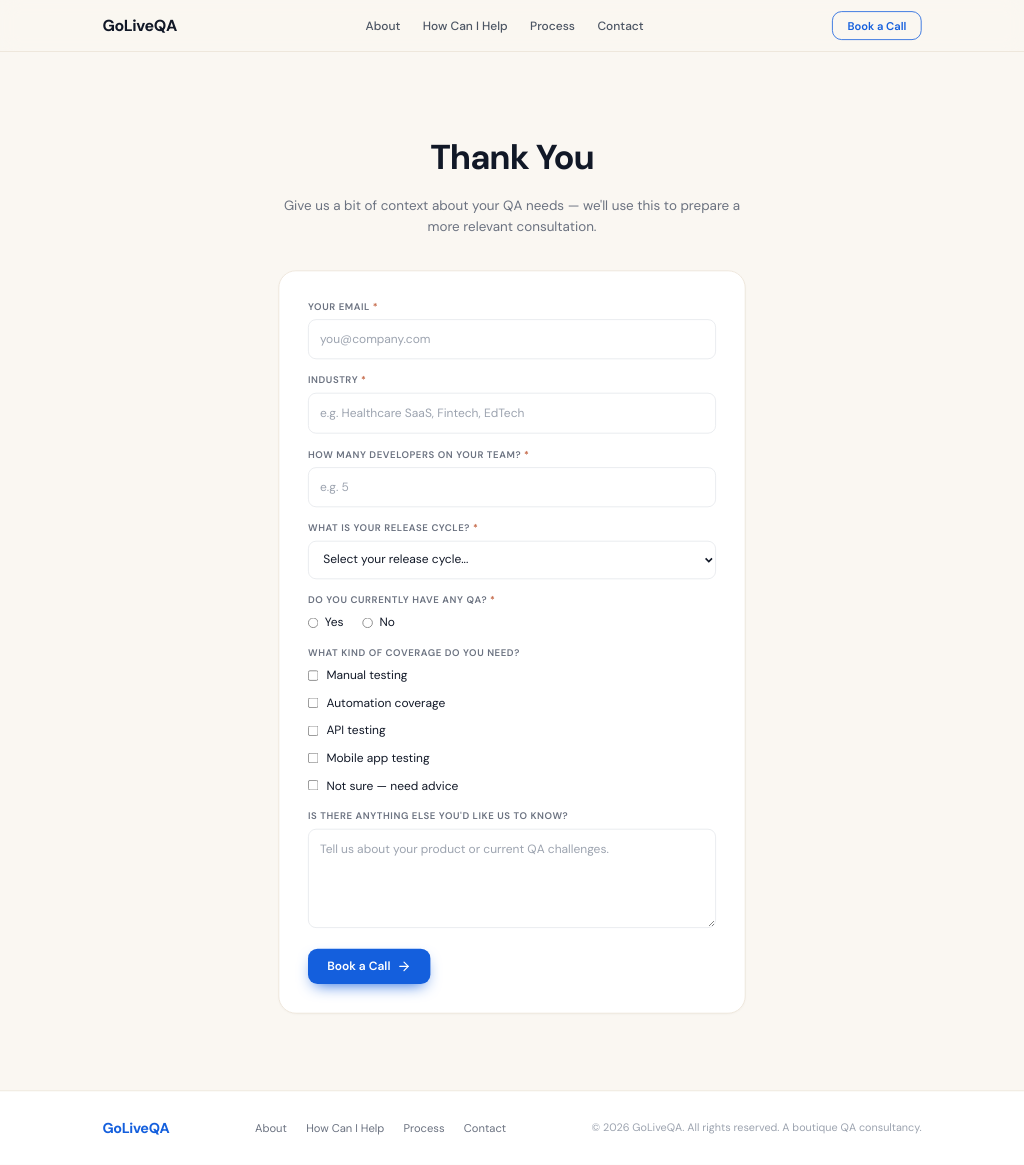
Repository: Monika281992/GoLiveQA
Page: /book-a-call
An editor plug-in stored every save of this project. The page is shown before and after the next save, followed by the edit.
The browser window is 1280 px wide. The pictures show the whole page, at 80% of full size.
The project was rebuilt for these pictures with package versions that can differ from the ones it lists, and the page was loaded fresh each time. The framework's server and built-in components were replaced by stand-ins that run in the browser. Also part of the build but not shown: next.config.mjs.

Above is the page before, as saved 2026-06-27 11:31:54.

### app/layout.tsx
import type { Metadata } from "next";
import { DM_Sans, Kaushan_Script } from "next/font/google";
import "./globals.css";

const dmSans = DM_Sans({
  subsets: ["latin"],
  weight: ["300", "400", "500", "600", "700"],
  variable: "--font-sans",
  display: "swap",
});

const kaushan = Kaushan_Script({
  subsets: ["latin"],
  weight: "400",
  variable: "--font-script",
  display: "swap",
});

export const metadata: Metadata = {
  title: "GoLiveQA",
  description:
    "Senior QA engineer with 9 years of hands-on experience testing Healthcare, SaaS, AI & Real Estate products at startups across India and US. Playwright, Cypress, Postman. Available remotely.",
};

export default function RootLayout({
  children,
}: {
  children: React.ReactNode;
}) {
  return (
    <html lang="en" className={`${dmSans.variable} ${kaushan.variable}`}>
      <body className="font-sans leading-relaxed">{children}</body>
    </html>
  );
}

### app/book-a-call/page.tsx
import { BookCall } from "@/components/BookCall";
import { Navbar } from "@/components/navbar";
import { Footer } from "@/components/footer";

export const metadata = {
  title: "Book a Call — GoLiveQA",
  description: "Tell us about your QA needs and we'll be in touch within 24 hours.",
};

export default function BookACallPage() {
  return (
    <div className="min-h-screen bg-surface">
      <Navbar />
      <main className="mx-auto max-w-[680px] px-5 py-16 sm:px-8 md:py-24 lg:px-12">
        <div className="mb-10 text-center">
          <h1 className="text-[clamp(2rem,4.4vw,2.7rem)] font-bold tracking-[-0.03em] text-ink">
            Thank You
          </h1>
          <p className="mt-3 text-[1.05rem] leading-relaxed text-muted">
            Give us a bit of context about your QA needs — we'll use this to prepare a more relevant consultation.
          </p>
        </div>
        <BookCall />
      </main>
      <Footer />
    </div>
  );
}

### app/globals.css
@tailwind base;
@tailwind components;
@tailwind utilities;

html {
  scroll-behavior: smooth;
}

body {
  background-color: #faf7f2;
  color: #4b5563;
  -webkit-font-smoothing: antialiased;
}

### components/BookCall.jsx
"use client";

import { useState, useEffect } from "react";
import { useSearchParams } from "next/navigation";
import { ArrowRight } from "lucide-react";
import { Button } from "@/components/ui/button";

const labelClass =
  "mb-2 block text-xs font-semibold uppercase tracking-[0.06em] text-muted";
const fieldClass =
  "w-full rounded-[10px] border border-gray-200 bg-white px-3.5 py-3 text-[15px] text-ink transition-all outline-none focus:border-brand focus:ring-[3px] focus:ring-brand/15";

const coverageOptions = [
  "Manual testing",
  "Automation coverage",
  "API testing",
  "Mobile app testing",
  "Not sure — need advice",
];

const releaseCycles = [
  "Select your release cycle...",
  "Multiple times a day",
  "Once a day",
  "2-3 times a week",
  "Once a week",
  "Every 2 weeks (bi-weekly)",
  "Once a month",
  "Ad hoc / no fixed schedule",
  "Not sure yet",
];

export function BookCall() {
  const searchParams = useSearchParams();
  const [formData, setFormData] = useState({
    email: "",
    industry: "",
    developers: "",
    releaseCycle: "",
    hasQA: "",
    qaEngineers: "",
    coverage: [],
    notes: "",
  });

  useEffect(() => {
    const emailFromUrl = searchParams.get("email");
    if (emailFromUrl) {
      setFormData((prev) => ({ ...prev, email: emailFromUrl }));
    }
  }, [searchParams]);
  const [isSubmitting, setIsSubmitting] = useState(false);
  const [isSuccess, setIsSuccess] = useState(false);
  const [error, setError] = useState("");

  function handleChange(e) {
    setFormData({ ...formData, [e.target.name]: e.target.value });
  }

  function handleCoverage(option) {
    setFormData((prev) => ({
      ...prev,
      coverage: prev.coverage.includes(option)
        ? prev.coverage.filter((o) => o !== option)
        : [...prev.coverage, option],
    }));
  }

  async function handleSubmit(e) {
    e.preventDefault();
    setIsSubmitting(true);
    setError("");
    try {
      const res = await fetch("/api/book-call", {
        method: "POST",
        headers: { "Content-Type": "application/json" },
        body: JSON.stringify(formData),
      });
      if (!res.ok) throw new Error();
      setIsSuccess(true);
    } catch {
      setError("Failed to submit. Please try again.");
    } finally {
      setIsSubmitting(false);
    }
  }

  if (isSuccess) {
    return (
      <div className="flex flex-col items-center justify-center gap-6 rounded-[22px] border border-hairline bg-white p-9 shadow-card text-center">
        <div className="flex h-20 w-20 items-center justify-center rounded-full bg-green-100">
          <ArrowRight className="h-9 w-9 text-green-600" />
        </div>
        <div>
          <h3 className="mb-2 text-2xl font-bold text-ink">We'll be in touch soon!</h3>
          <p className="text-base text-muted">
            Thanks for filling out the form. We'll review your details and reach out within 24 hours.
          </p>
        </div>
        <Button variant="outline" onClick={() => setIsSuccess(false)}>
          Submit Another
        </Button>
      </div>
    );
  }

  return (
    <form
      onSubmit={handleSubmit}
      className="flex flex-col gap-[18px] rounded-[22px] border border-hairline bg-white p-6 shadow-card sm:p-9"
    >
      {error && (
        <div className="rounded-lg border border-red-200 bg-red-50 px-4 py-3 text-sm text-red-800">
          {error}
        </div>
      )}

      {/* Email */}
      <div>
        <label className={labelClass}>
          Your Email <span className="text-accent">*</span>
        </label>
        <input
          type="email"
          name="email"
          value={formData.email}
          onChange={handleChange}
          placeholder="you@company.com"
          className={fieldClass}
          required
        />
      </div>

      {/* 1. Industry */}
      <div>
        <label className={labelClass}>
          Industry <span className="text-accent">*</span>
        </label>
        <input
          type="text"
          name="industry"
          value={formData.industry}
          onChange={handleChange}
          placeholder="e.g. Healthcare SaaS, Fintech, EdTech"
          className={fieldClass}
          required
        />
      </div>

      {/* 2. Developers */}
      <div>
        <label className={labelClass}>
          How many developers on your team? <span className="text-accent">*</span>
        </label>
        <input
          type="number"
          name="developers"
          value={formData.developers}
          onChange={handleChange}
          placeholder="e.g. 5"
          min={1}
          className={fieldClass}
          required
        />
      </div>

      {/* 3. Release cycle */}
      <div>
        <label className={labelClass}>
          What is your release cycle? <span className="text-accent">*</span>
        </label>
        <select
          name="releaseCycle"
          value={formData.releaseCycle}
          onChange={handleChange}
          className={fieldClass}
          required
        >
          {releaseCycles.map((c) => (
            <option key={c} value={c === releaseCycles[0] ? "" : c} disabled={c === releaseCycles[0]}>
              {c}
            </option>
          ))}
        </select>
      </div>

      {/* 4. Has QA */}
      <div>
        <label className={labelClass}>
          Do you currently have any QA? <span className="text-accent">*</span>
        </label>
        <div className="flex gap-6">
          {["Yes", "No"].map((opt) => (
            <label key={opt} className="flex cursor-pointer items-center gap-2 text-[15px] text-ink">
              <input
                type="radio"
                name="hasQA"
                value={opt}
                checked={formData.hasQA === opt}
                onChange={handleChange}
                required
                className="accent-brand"
              />
              {opt}
            </label>
          ))}
        </div>
        {formData.hasQA === "Yes" && (
          <div className="mt-3">
            <label className={labelClass}>How many QA engineers?</label>
            <input
              type="number"
              name="qaEngineers"
              value={formData.qaEngineers}
              onChange={handleChange}
              min={1}
              placeholder="e.g. 2"
              className={fieldClass}
            />
          </div>
        )}
      </div>

      {/* 5. Coverage */}
      <div>
        <label className={labelClass}>What kind of coverage do you need?</label>
        <div className="flex flex-col gap-2.5">
          {coverageOptions.map((opt) => (
            <label key={opt} className="flex cursor-pointer items-center gap-2.5 text-[15px] text-ink">
              <input
                type="checkbox"
                checked={formData.coverage.includes(opt)}
                onChange={() => handleCoverage(opt)}
                className="accent-brand h-4 w-4 rounded"
              />
              {opt}
            </label>
          ))}
        </div>
      </div>

      {/* 6. Notes */}
      <div>
        <label className={labelClass}>Is there anything else you'd like us to know?</label>
        <textarea
          name="notes"
          value={formData.notes}
          onChange={handleChange}
          rows={4}
          placeholder="Tell us about your product or current QA challenges."
          className={`${fieldClass} resize-y`}
        />
      </div>

      <Button type="submit" className="self-start" disabled={isSubmitting}>
        {isSubmitting ? "Submitting…" : "Book a Call"}
        <ArrowRight className="h-[18px] w-[18px]" />
      </Button>
    </form>
  );
}

### components/navbar.tsx
import { Button } from "@/components/ui/button";

const links = [
  { label: "About", href: "#about" },
  { label: "How Can I Help", href: "#services" },
  { label: "Process", href: "#process" },
  { label: "Contact", href: "#contact" },
];

export function Navbar() {
  return (
    <header className="sticky top-0 z-50 border-b border-hairline bg-surface/80 backdrop-blur-md backdrop-saturate-150">
      <nav className="mx-auto flex max-w-container flex-wrap items-center justify-between gap-4 px-5 py-3.5 sm:px-8 lg:px-12">
        <a
          href="#top"
          className="text-xl font-bold tracking-tight text-ink"
        >
          GoLiveQA
        </a>
        <div className="flex flex-wrap items-center gap-7">
          {links.map((l) => (
            <a
              key={l.href}
              href={l.href}
              className="text-[15px] font-medium text-body transition-colors hover:text-ink"
            >
              {l.label}
            </a>
          ))}
        </div>
        <Button asChild variant="outline" size="sm">
          <a href="/book-a-call">Book a Call</a>
        </Button>
      </nav>
    </header>
  );
}

### components/footer.tsx
const links = [
  { label: "About", href: "#about" },
  { label: "How Can I Help", href: "#services" },
  { label: "Process", href: "#process" },
  { label: "Contact", href: "#contact" },
];

export function Footer() {
  return (
    <footer className="border-t border-hairline bg-white py-8">
      <div className="mx-auto flex max-w-container flex-wrap items-center justify-between gap-x-7 gap-y-4 px-5 sm:px-8 lg:px-12">
        <a href="#top" className="text-lg font-bold tracking-tight text-brand">
          GoLiveQA
        </a>
        <div className="flex flex-wrap gap-6">
          {links.map((l) => (
            <a
              key={l.href}
              href={l.href}
              className="text-sm text-muted transition-colors hover:text-ink"
            >
              {l.label}
            </a>
          ))}
        </div>
        <p className="text-[13.5px] text-faint">
          © 2026 GoLiveQA. All rights reserved. A boutique QA consultancy.
        </p>
      </div>
    </footer>
  );
}

### components/ui/button.tsx
import * as React from "react";
import { Slot } from "@radix-ui/react-slot";
import { cva, type VariantProps } from "class-variance-authority";
import { cn } from "@/lib/utils";

const buttonVariants = cva(
  "inline-flex items-center justify-center gap-2 whitespace-nowrap rounded-xl font-semibold transition-all focus-visible:outline-none focus-visible:ring-2 focus-visible:ring-brand/40 focus-visible:ring-offset-2 disabled:pointer-events-none disabled:opacity-50",
  {
    variants: {
      variant: {
        default:
          "bg-brand text-white shadow-brand hover:bg-brand-dark hover:-translate-y-0.5",
        outline:
          "border-[1.5px] border-brand text-brand hover:bg-brand hover:text-white",
        ghost: "text-brand hover:bg-brand/5",
      },
      size: {
        default: "h-11 px-6 text-[15px]",
        lg: "h-[52px] px-7 text-base",
        sm: "h-9 px-[18px] text-sm",
      },
    },
    defaultVariants: {
      variant: "default",
      size: "default",
    },
  }
);

export interface ButtonProps
  extends React.ButtonHTMLAttributes<HTMLButtonElement>,
    VariantProps<typeof buttonVariants> {
  asChild?: boolean;
}

const Button = React.forwardRef<HTMLButtonElement, ButtonProps>(
  ({ className, variant, size, asChild = false, ...props }, ref) => {
    const Comp = asChild ? Slot : "button";
    return (
      <Comp
        className={cn(buttonVariants({ variant, size, className }))}
        ref={ref}
        {...props}
      />
    );
  }
);
Button.displayName = "Button";

export { Button, buttonVariants };

### tailwind.config.ts
import type { Config } from "tailwindcss";

const config: Config = {
  content: [
    "./app/**/*.{ts,tsx}",
    "./components/**/*.{ts,tsx}",
  ],
  theme: {
    extend: {
      colors: {
        // Brand action color (blue) — CTAs, links
        brand: { DEFAULT: "#145fdd", dark: "#0d46b8" },
        // Warm personal accent (terracotta) — eyebrows, badges, signature
        accent: { DEFAULT: "#c2613f", soft: "#f6ebe5" },
        // Warm surfaces
        surface: { DEFAULT: "#faf7f2", soft: "#f4ede2" },
        hairline: "#ece4d7",
        // Text
        ink: "#111827",
        body: "#4b5563",
        muted: "#6b7280",
        faint: "#9ca3af",
      },
      fontFamily: {
        sans: ["var(--font-sans)", "system-ui", "sans-serif"],
        script: ["var(--font-script)", "cursive"],
      },
      maxWidth: {
        container: "1120px",
      },
      boxShadow: {
        card: "0 1px 3px rgba(0,0,0,0.03)",
        lift: "0 20px 40px -18px rgba(0,0,0,0.16)",
        brand: "0 8px 20px -8px rgba(20,95,221,0.5)",
        photo: "0 18px 44px -22px rgba(0,0,0,0.28)",
        cta: "0 28px 70px -34px rgba(0,0,0,0.22)",
      },
    },
  },
  plugins: [],
};

export default config;

Loaded but not shown: lib/utils.ts (common file)

After the next save:
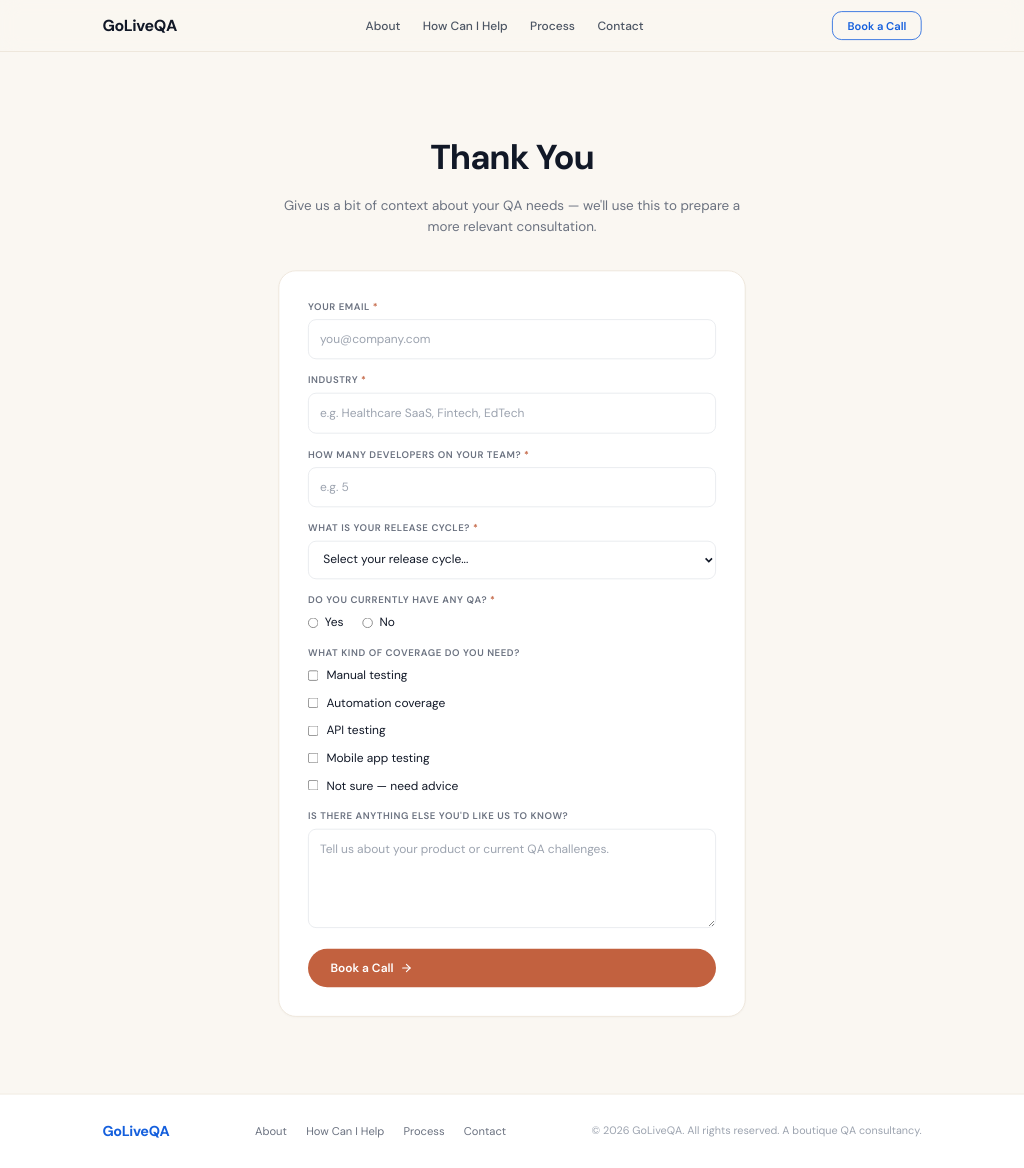
Saved 47 s later.
--- a/components/BookCall.jsx
+++ b/components/BookCall.jsx
@@ -252,10 +252,14 @@ export function BookCall() {
         />
       </div>
 
-      <Button type="submit" className="self-start" disabled={isSubmitting}>
+      <button
+        type="submit"
+        disabled={isSubmitting}
+        className="flex items-center gap-2 rounded-full bg-accent px-7 py-3 text-[15px] font-semibold text-white disabled:opacity-70"
+      >
         {isSubmitting ? "Submitting…" : "Book a Call"}
-        <ArrowRight className="h-[18px] w-[18px]" />
-      </Button>
+        {!isSubmitting && <ArrowRight className="h-[16px] w-[16px]" />}
+      </button>
     </form>
   );
 }
